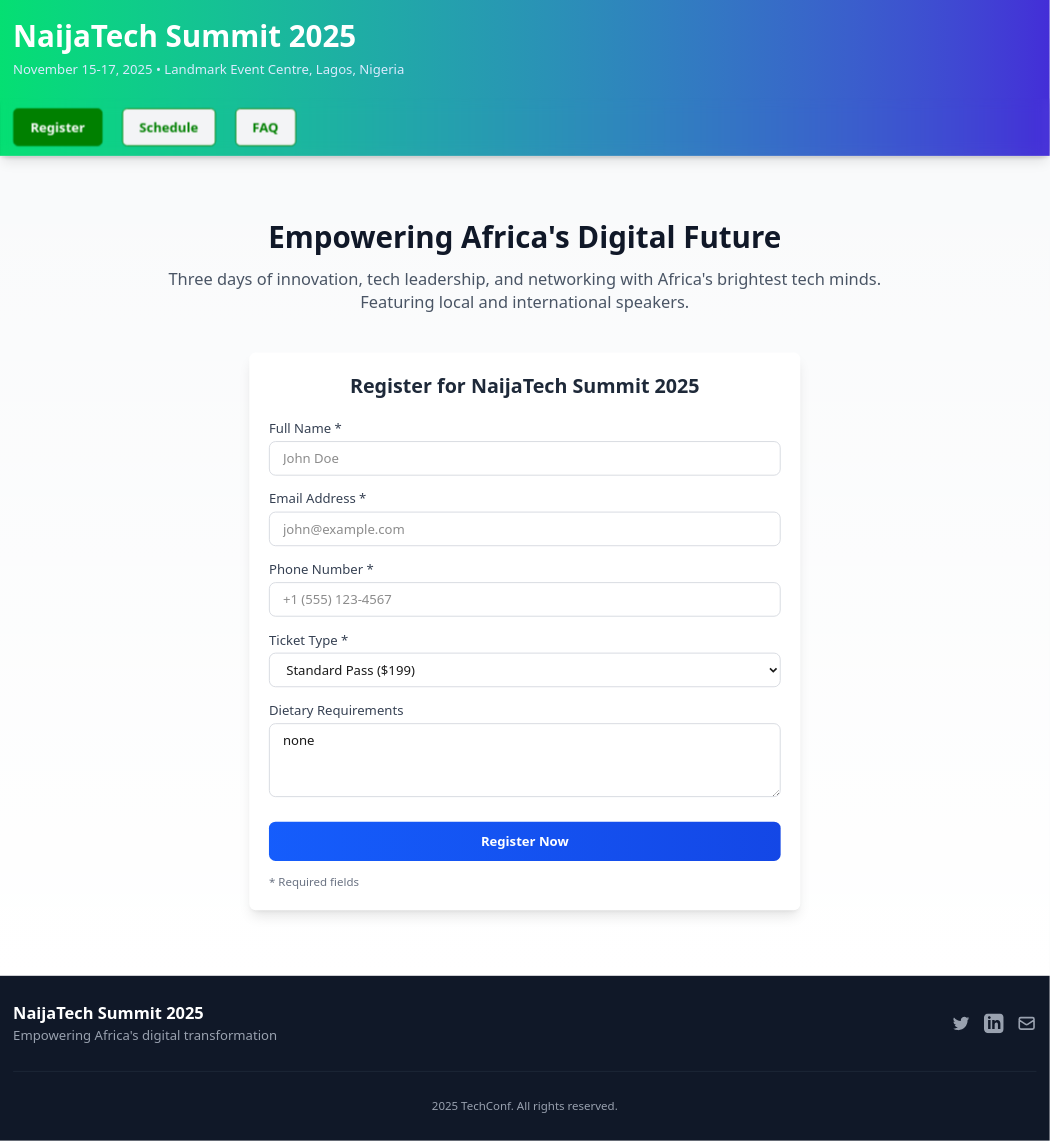
Repository: AYANO-EMMANUEL/fictional-tech-conf-event
Page: /
These files come from the project's save history. The page is drawn as it stood at one moment and after the next save; the edit follows.
The browser window is 1280 px wide. The pictures show the whole page, at 82% of full size.
The project was rebuilt for these pictures with package versions that can differ from the ones it lists, and the page was loaded fresh each time. Also part of the build but not shown: vite.config.ts, src/components/Schedule/Schedule.tsx, src/components/FAQ/FAQ.tsx.

Above is the page before, as saved 2025-08-02 11:06:04.

After the next save:
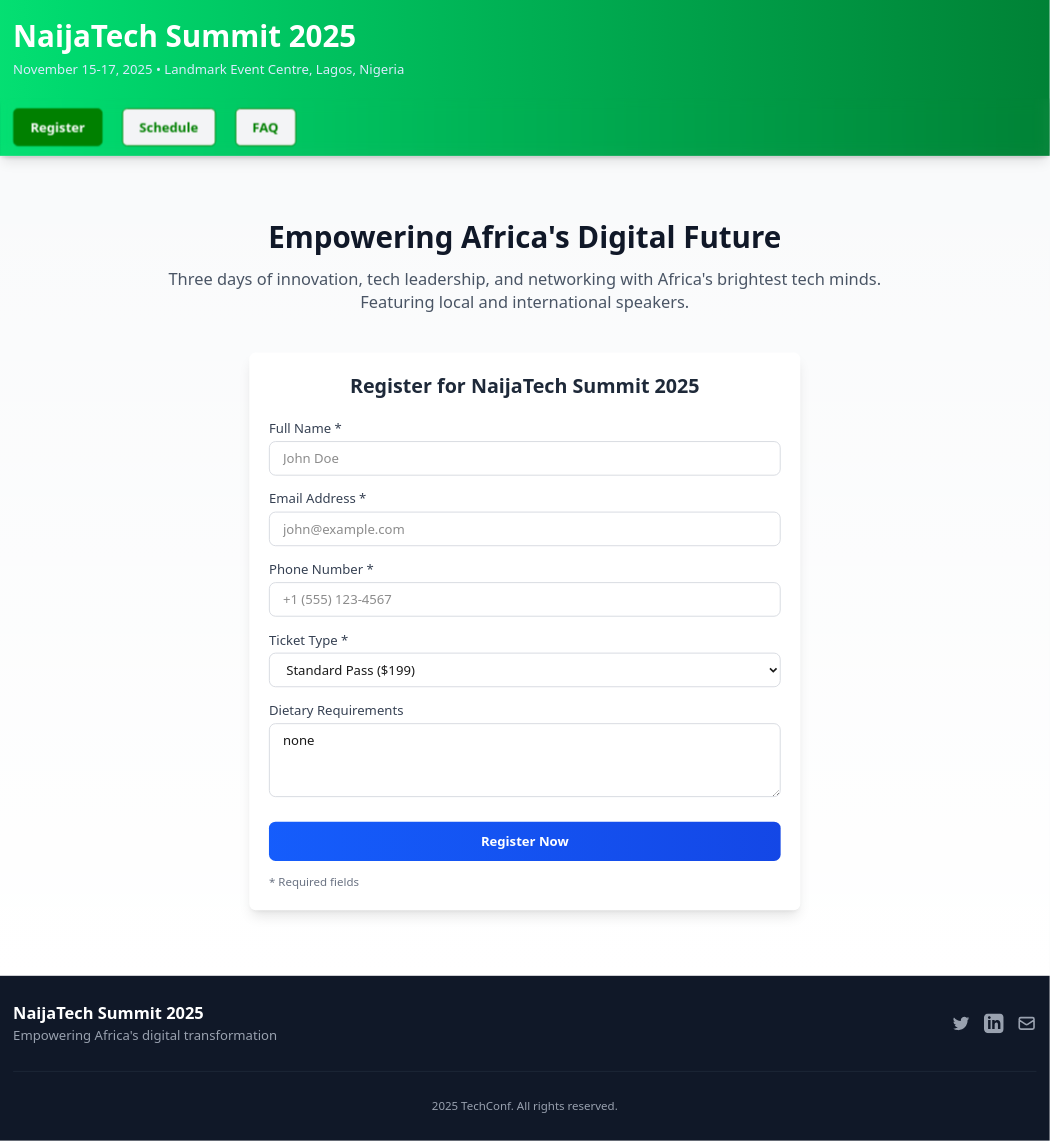
Saved 5 s later.
--- a/src/App.tsx
+++ b/src/App.tsx
@@ -9,7 +9,7 @@
   return (
     <div className="min-h-screen bg-gray-50">
       {/* Header */}
-      <header className="bg-gradient-to-r from-green-400 to-indigo-700 text-white shadow-lg">
+      <header className="bg-gradient-to-r from-green-400 to-green-700 text-white shadow-lg">
         <div className="container mx-auto px-4 py-6">
           <h1 className="text-3xl md:text-4xl font-bold mb-2">NaijaTech Summit 2025</h1>
           <p className="text-blue-100">November 15-17, 2025 • Landmark Event Centre, Lagos, Nigeria</p>

After the save that followed:
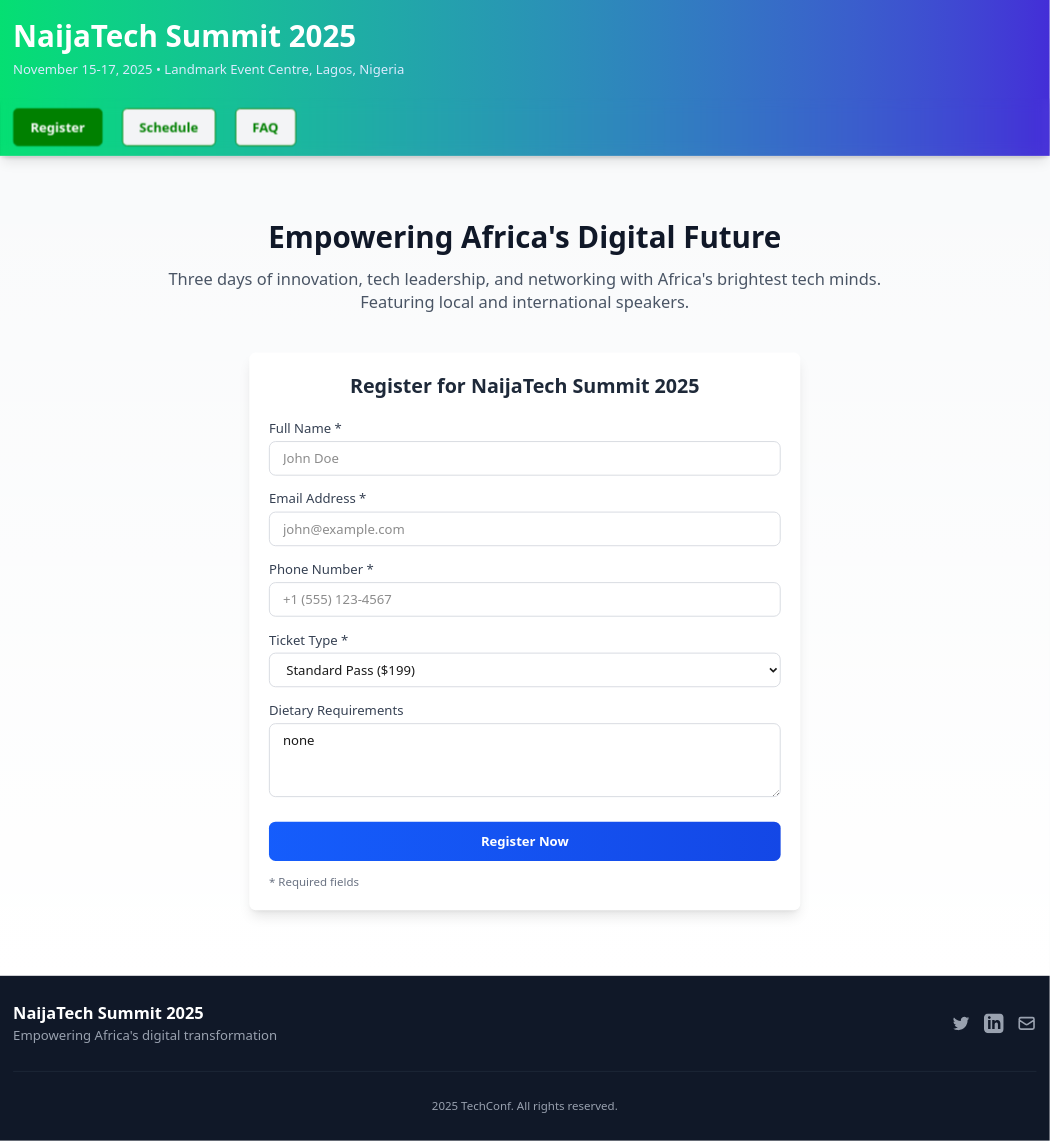
Saved 8 s later.
--- a/src/App.tsx
+++ b/src/App.tsx
@@ -9,7 +9,7 @@
   return (
     <div className="min-h-screen bg-gray-50">
       {/* Header */}
-      <header className="bg-gradient-to-r from-green-400 to-green-700 text-white shadow-lg">
+      <header className="bg-gradient-to-r from-green-400 to-indigo-700 text-white shadow-lg">
         <div className="container mx-auto px-4 py-6">
           <h1 className="text-3xl md:text-4xl font-bold mb-2">NaijaTech Summit 2025</h1>
           <p className="text-blue-100">November 15-17, 2025 • Landmark Event Centre, Lagos, Nigeria</p>
